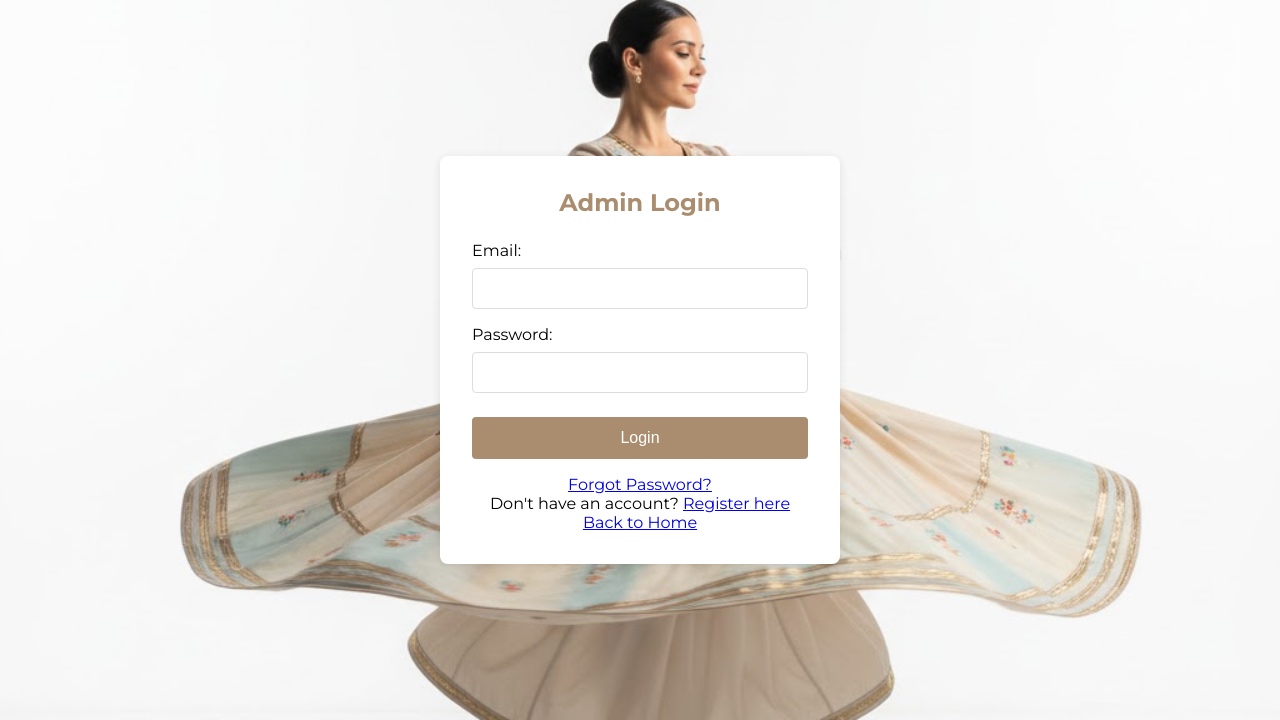
Repository: Priyadharshini-J-CSE/StepSync_Dance_Mangement_System
Page: /admin-login (app in frontend/)
These files come from the project's save history. The page is drawn as it stood at one moment and after a run of saves; the edit follows.
The browser window is 1280 px wide. The pictures show the whole page.
Some web fonts or font styles are not loaded; a fallback is used. Some web libraries are served in a nearby version. The project was rebuilt for these pictures with package versions that can differ from the ones it lists, and the page was loaded fresh each time. Also part of the build but not shown: frontend/src/index.css, frontend/src/pages/LandingPage.js, frontend/src/components/Alert.js, frontend/src/pages/UserLogin.js, frontend/src/utils/passwordValidation.js, frontend/src/pages/UserRegister.js, frontend/src/pages/AdminRegister.js, frontend/src/pages/ForgotPassword.js and 18 more.

Above is the page before, as saved 2025-12-18 10:02:08.

### frontend/public/index.html
<!DOCTYPE html>
<html lang="en">
  <head>
    <meta charset="utf-8" />
    <meta name="viewport" content="width=device-width, initial-scale=1" />
    <title>Zumba Class Management</title>
    <link rel="preconnect" href="https://fonts.googleapis.com">
    <link rel="preconnect" href="https://fonts.gstatic.com" crossorigin>
    <link href="https://fonts.googleapis.com/css2?family=Alumni+Sans+Pinstripe:ital@0;1&family=Anta&family=Josefin+Sans:ital,wght@0,100..700;1,100..700&family=Metamorphous&family=Montserrat:ital,wght@0,100..900;1,100..900&family=Pangolin&family=Roboto:ital,wght@0,100..900;1,100..900&family=Rubik:ital,wght@0,300..900;1,300..900&display=swap" rel="stylesheet">
    <link rel="stylesheet" href="https://cdnjs.cloudflare.com/ajax/libs/font-awesome/6.5.1/css/all.min.css" crossorigin="anonymous">
    <script src="https://kit.fontawesome.com/a076d05399.js" crossorigin="anonymous"></script>
    <style>
      * { margin: 0; padding: 0; box-sizing: border-box; }
      body { font-family: 'Montserrat', sans-serif; }
    </style>
  </head>
  <body>
    <div id="root"></div>
  </body>
</html>

### frontend/src/App.js
import React from 'react';
import { BrowserRouter as Router, Routes, Route, Navigate } from 'react-router-dom';
import { AuthProvider, useAuth } from './context/AuthContext';
import LandingPage from './pages/LandingPage';
import UserLogin from './pages/UserLogin';
import AdminLogin from './pages/AdminLogin';
import UserRegister from './pages/UserRegister';
import AdminRegister from './pages/AdminRegister';
import ForgotPassword from './pages/ForgotPassword';
import AdminDashboard from './pages/admin/AdminDashboard';
import UserDashboard from './pages/user/UserDashboard';

const ProtectedRoute = ({ children, requiredRole }) => {
  const { user, loading } = useAuth();

  if (loading) return <div>Loading...</div>;
  if (!user) return <Navigate to="/" />;
  if (requiredRole && user.role !== requiredRole) return <Navigate to="/" />;

  return children;
};

function App() {
  return (
    <AuthProvider>
      <Router>
        <div style={{ minHeight: '100vh', backgroundColor: '#fff6e9' }}>
          <Routes>
            <Route path="/" element={<LandingPage />} />
            <Route path="/user-login" element={<UserLogin />} />
            <Route path="/admin-login" element={<AdminLogin />} />
            <Route path="/user-register" element={<UserRegister />} />
            <Route path="/admin-register" element={<AdminRegister />} />
            <Route path="/forgot-password" element={<ForgotPassword />} />
            <Route
              path="/admin/*"
              element={
                <ProtectedRoute requiredRole="admin">
                  <AdminDashboard />
                </ProtectedRoute>
              }
            />
            <Route
              path="/user/*"
              element={
                <ProtectedRoute requiredRole="user">
                  <UserDashboard />
                </ProtectedRoute>
              }
            />
          </Routes>
        </div>
      </Router>
    </AuthProvider>
  );
}

export default App;

### frontend/src/context/AuthContext.js
import React, { createContext, useContext, useState, useEffect } from 'react';
import axios from 'axios';

const AuthContext = createContext();

export const useAuth = () => useContext(AuthContext);

export const AuthProvider = ({ children }) => {
  const [user, setUser] = useState(null);
  const [loading, setLoading] = useState(true);

  useEffect(() => {
    const token = localStorage.getItem('token');
    if (token) {
      axios.defaults.headers.common['Authorization'] = `Bearer ${token}`;
      fetchUser();
    } else {
      setLoading(false);
    }
  }, []);

  const fetchUser = async () => {
    try {
      const response = await axios.get('/api/auth/me');
      setUser(response.data);
    } catch (error) {
      localStorage.removeItem('token');
      delete axios.defaults.headers.common['Authorization'];
    }
    setLoading(false);
  };

  const login = async (email, password) => {
    const response = await axios.post('/api/auth/login', { email, password });
    const { token, user } = response.data;

    localStorage.setItem('token', token);
    axios.defaults.headers.common['Authorization'] = `Bearer ${token}`;
    setUser(user);

    return user;
  };

  const register = async (userData) => {
    const response = await axios.post('/api/auth/register', userData);
    const { token, user } = response.data;

    localStorage.setItem('token', token);
    axios.defaults.headers.common['Authorization'] = `Bearer ${token}`;
    setUser(user);

    return user;
  };

  const logout = () => {
    localStorage.removeItem('token');
    delete axios.defaults.headers.common['Authorization'];
    setUser(null);
  };

  const value = {
    user,
    login,
    register,
    logout,
    loading
  };

  return (
    <AuthContext.Provider value={value}>
      {children}
    </AuthContext.Provider>
  );
};

### frontend/src/pages/AdminLogin.js
import React, { useState } from 'react';
import { useNavigate, Link } from 'react-router-dom';
import { useAuth } from '../context/AuthContext';
import Alert from '../components/Alert';

const AdminLogin = () => {
  const [formData, setFormData] = useState({ email: '', password: '' });
  const [loading, setLoading] = useState(false);
  const [alert, setAlert] = useState(null);
  const { login } = useAuth();
  const navigate = useNavigate();

  const handleSubmit = async (e) => {
    e.preventDefault();
    setLoading(true);

    try {
      const user = await login(formData.email, formData.password);
      if (user.role !== 'admin') {
        setAlert({ message: 'Please use student login portal', type: 'error' });
        setLoading(false);
        return;
      }
      navigate('/admin');
    } catch (error) {
      setAlert({ message: error.response?.data?.message || 'Login failed', type: 'error' });
    }
    setLoading(false);
  };

  return (
    <div style={{
      display: 'flex',
      justifyContent: 'center',
      alignItems: 'center',
      minHeight: '100vh',
      backgroundImage: 'url(/image4.png)',
      backgroundSize: 'cover',
      backgroundPosition: 'center',
      backgroundAttachment: 'fixed'
    }}>
      <form onSubmit={handleSubmit} style={{
        backgroundColor: 'white',
        padding: '2rem',
        borderRadius: '8px',
        boxShadow: '0 2px 10px rgba(0,0,0,0.1)',
        width: '400px'
      }}>
        <h2 style={{ textAlign: 'center', marginBottom: '1.5rem', color: '#aa8d6f' }}>
          Admin Login
        </h2>

        {alert && <Alert message={alert.message} type={alert.type} onClose={() => setAlert(null)} />}

        <div style={{ marginBottom: '1rem' }}>
          <label style={{ display: 'block', marginBottom: '0.5rem' }}>Email:</label>
          <input
            type="email"
            value={formData.email}
            onChange={(e) => setFormData({...formData, email: e.target.value})}
            required
            style={{
              width: '100%',
              padding: '0.75rem',
              border: '1px solid #ddd',
              borderRadius: '4px'
            }}
          />
        </div>

        <div style={{ marginBottom: '1.5rem' }}>
          <label style={{ display: 'block', marginBottom: '0.5rem' }}>Password:</label>
          <input
            type="password"
            value={formData.password}
            onChange={(e) => setFormData({...formData, password: e.target.value})}
            required
            style={{
              width: '100%',
              padding: '0.75rem',
              border: '1px solid #ddd',
              borderRadius: '4px'
            }}
          />
        </div>

        <button
          type="submit"
          disabled={loading}
          style={{
            width: '100%',
            padding: '0.75rem',
            backgroundColor: '#aa8d6f',
            color: 'white',
            border: 'none',
            borderRadius: '4px',
            cursor: 'pointer',
            fontSize: '16px'
          }}
        >
          {loading ? 'Logging in...' : 'Login'}
        </button>

        <div style={{ textAlign: 'center', marginTop: '1rem' }}>
          <p><Link to="/forgot-password">Forgot Password?</Link></p>
          <p>Don't have an account? <Link to="/admin-register">Register here</Link></p>
          <p><Link to="/">Back to Home</Link></p>
        </div>
      </form>
    </div>
  );
};

export default AdminLogin;

Loaded but not shown: frontend/src/index.js (common file)

After the next 4 saves:
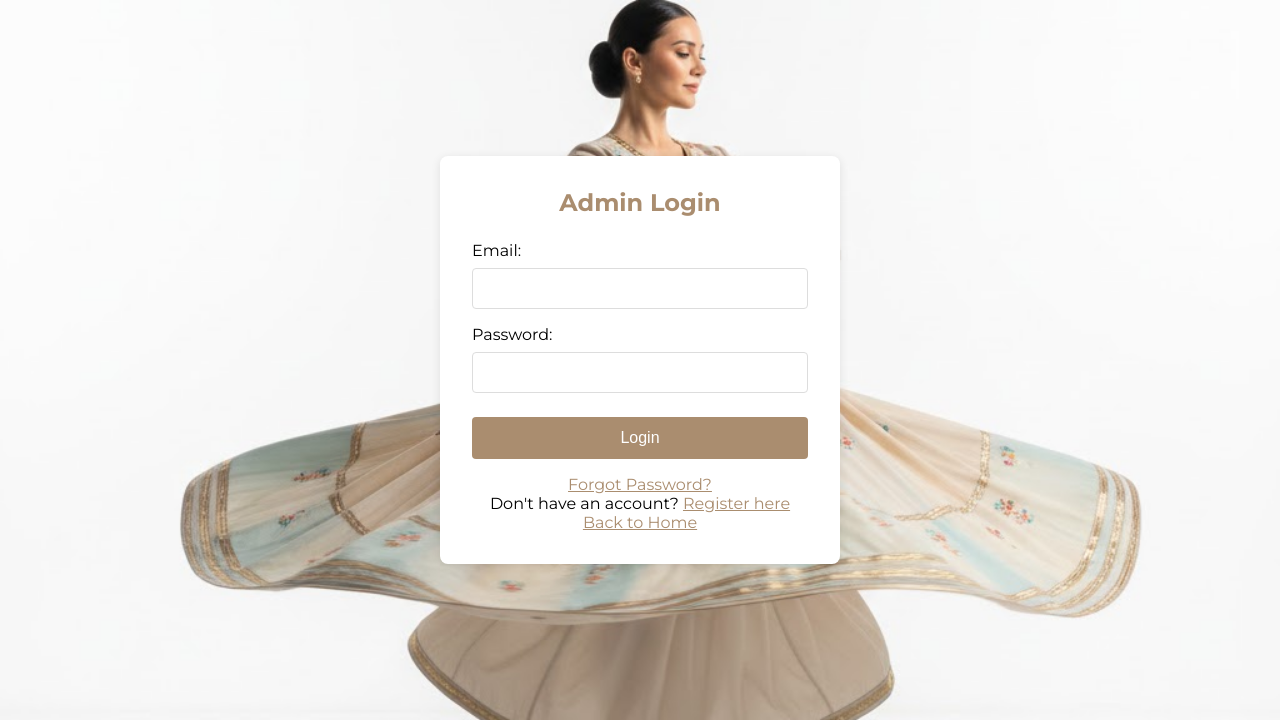
The 4 saves are shown as one change because 1 did not build or start and some came seconds apart.
The last was saved 17 s later.
--- a/frontend/src/pages/AdminLogin.js
+++ b/frontend/src/pages/AdminLogin.js
@@ -102,9 +102,9 @@ const AdminLogin = () => {
         </button>
 
         <div style={{ textAlign: 'center', marginTop: '1rem' }}>
-          <p><Link to="/forgot-password">Forgot Password?</Link></p>
-          <p>Don't have an account? <Link to="/admin-register">Register here</Link></p>
-          <p><Link to="/">Back to Home</Link></p>
+          <p><Link to="/forgot-password" style={{ color: '#aa8d6f' }}>Forgot Password?</Link></p>
+          <p>Don't have an account? <Link to="/admin-register" style={{ color: '#aa8d6f' }}>Register here</Link></p>
+          <p><Link to="/" style={{ color: '#aa8d6f' }} >Back to Home</Link></p>
         </div>
       </form>
     </div>
